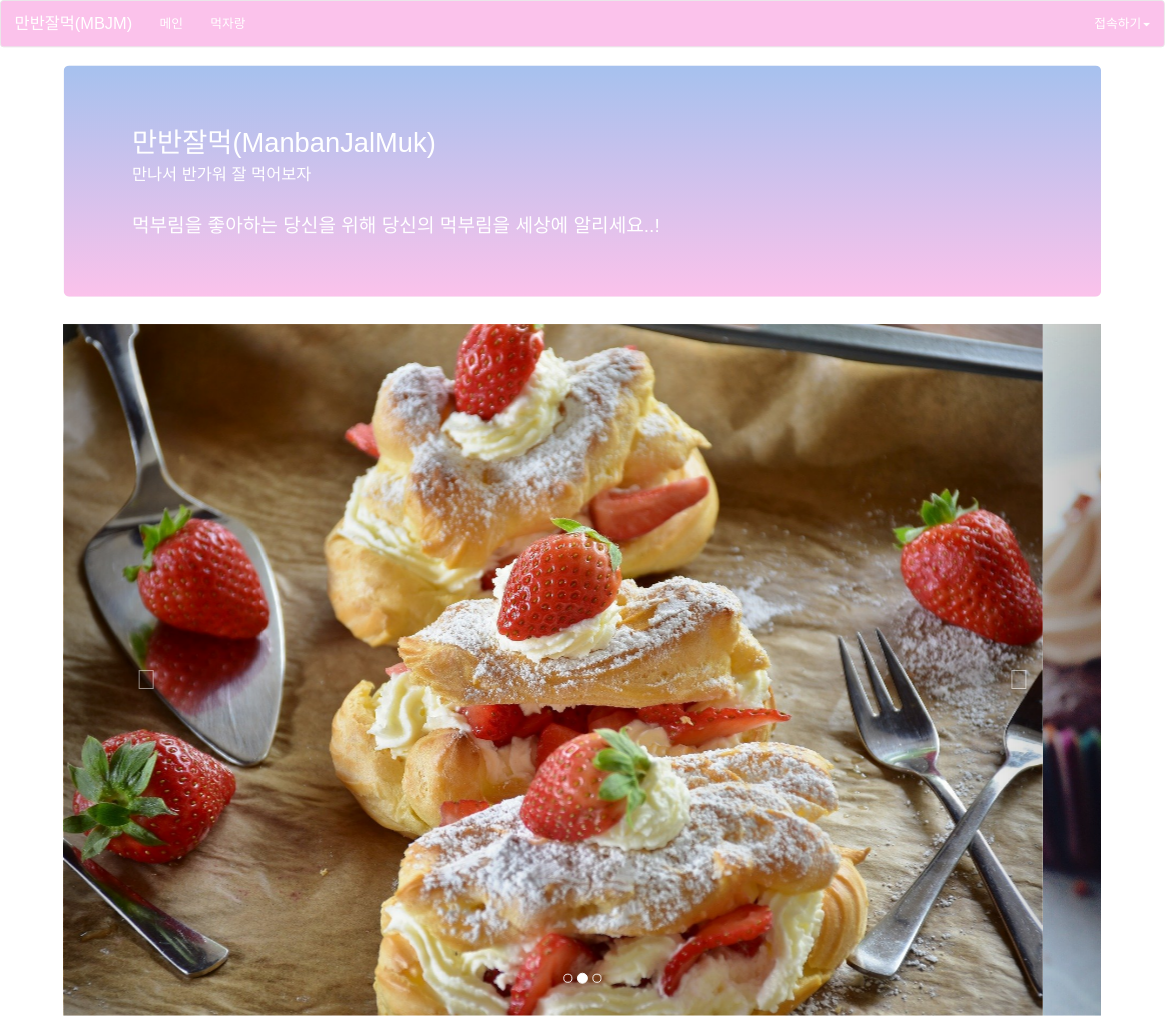
Repository: gimyoni/ManBanJalMuk
Page: http://localhost/text/main.jsp
An editor plug-in stored every save of this project. The page is shown before and after the next save, followed by the edit.
The browser window is 1280 px wide. The pictures show the whole page, at 91% of full size.
Some web fonts or font styles are not loaded; a fallback is used. Some web libraries are served in a nearby version. The page is served by Tomcat 9.

Above is the page before, as saved 2021-05-07 03:01:40.

After the next save:
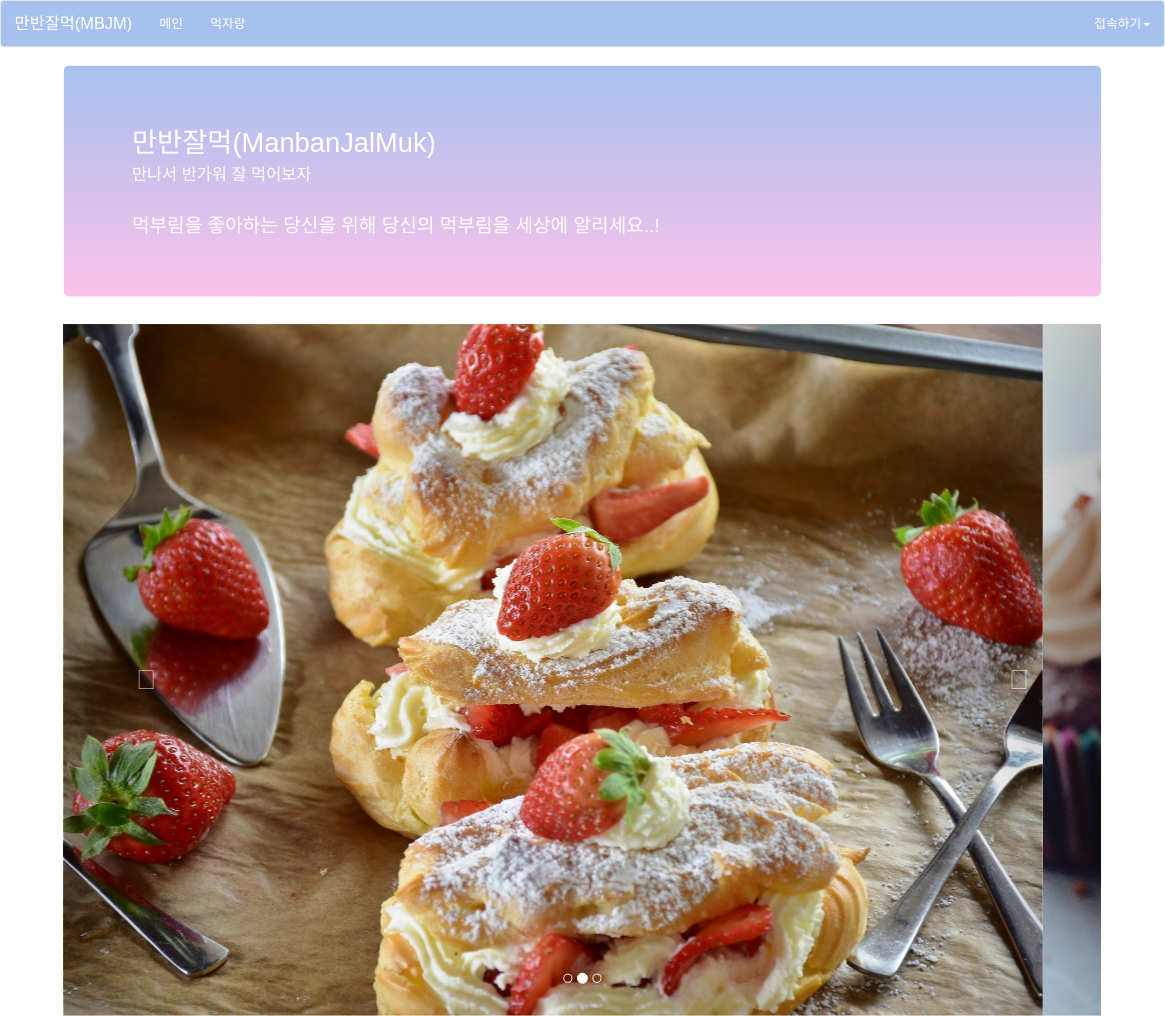
Saved 14 s later.
--- a/text/WebContent/css/custom.css
+++ b/text/WebContent/css/custom.css
@@ -12,7 +12,7 @@ h1{
 	background-image: linear-gradient(to top, #fbc2eb 0%, #a6c1ee 100%);;
 }
 .navbar-default{
-	background-color:#fbc2eb;
+	background-color:#a6c1ee;
 }
 .navbar .nav > li > a {
 	color:white;
